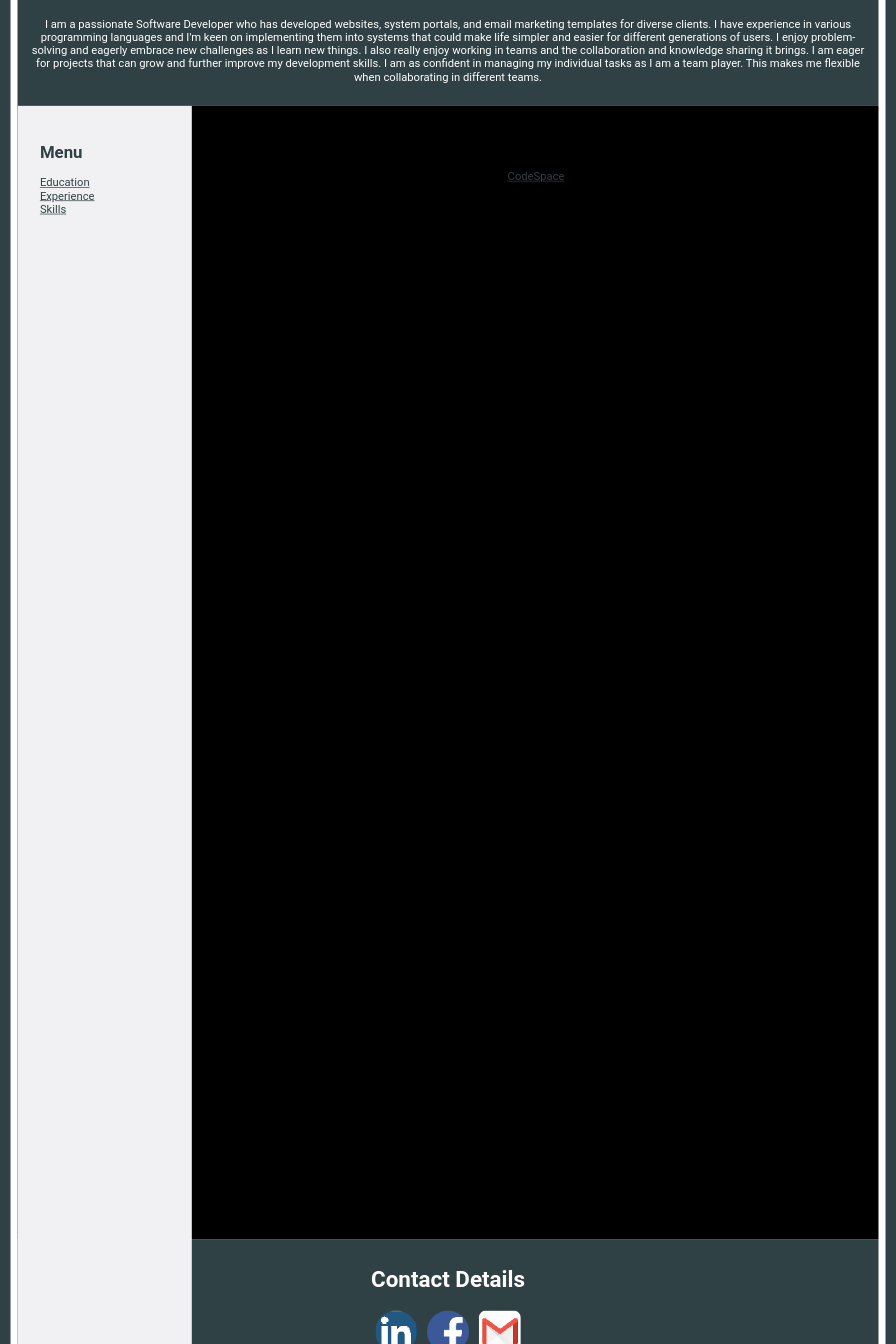
Repository: Patricious/Digital-Resume-01
Page: index.html
These files come from the project's save history. The page is drawn as it stood at one moment and after the next save; the edit follows.
The browser window is 1280 px wide. The pictures show the part of the page from y = 306 to 2226 px (the page is 2950 px tall), at 70% of full size.

Above is the page before, as saved 2021-08-23 11:51:59.

After the next save:
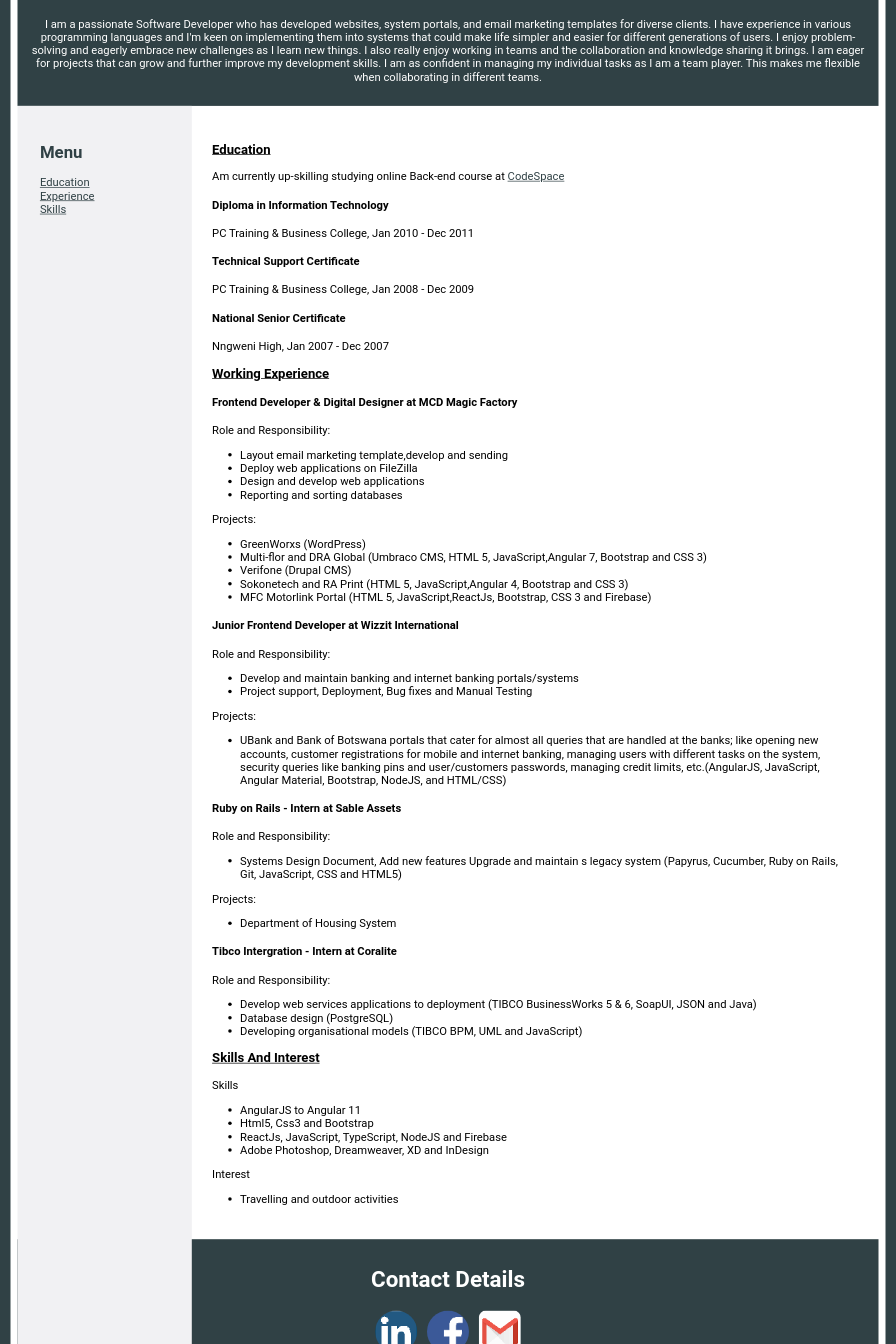
Saved 18 s later.
--- a/css/stylesheet.css
+++ b/css/stylesheet.css
@@ -13,7 +13,7 @@
      .container {
          position: relative;
          height: 100%;
-         background-color: black;
+         background-color: ;
      }
 
      header {
